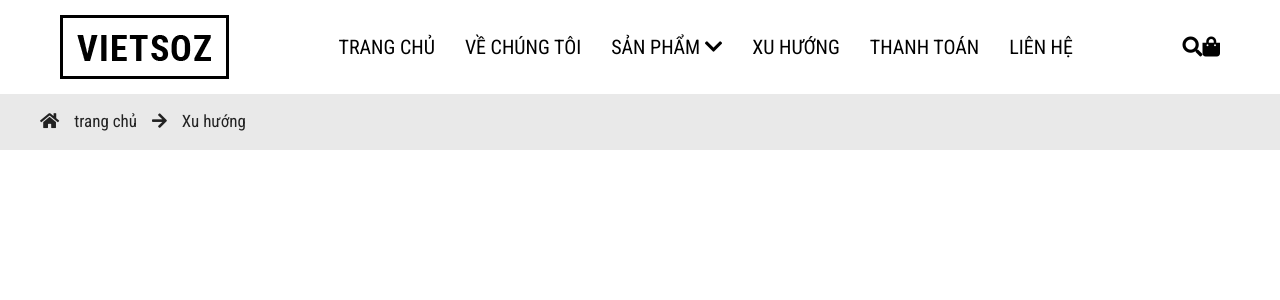
Repository: vinhtk0209/Vietsoz-reponsive
Page: index.html
The author's editor kept a copy of each file at every save. The page is drawn from the files as they stood at one save, then again after the next save.
The browser window is 1280 px wide. The pictures show the whole page.

Above is the page before, as saved 2021-10-23 17:14:22.

After the next save:
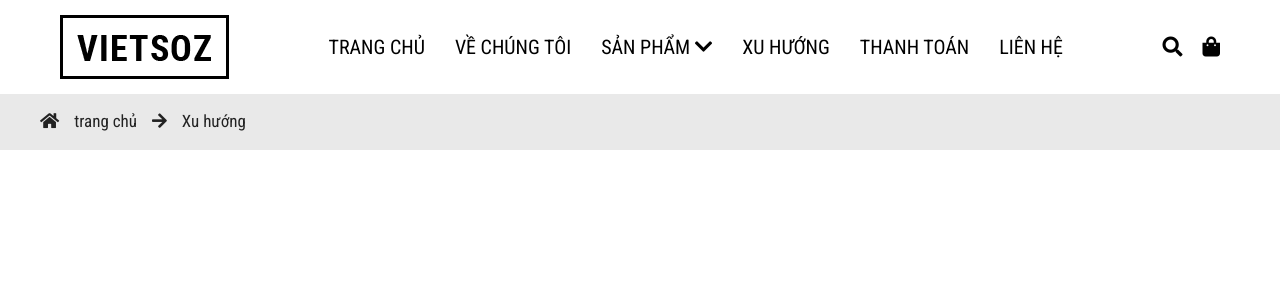
Saved 4 s later.
--- a/assets/css/main.css
+++ b/assets/css/main.css
@@ -49,7 +49,7 @@ h4 {
     color: #000000;
 
 }
-.wp-header-top ul.icon-menu li {
+.wp-header-top ul.icon-menu  {
     gap:0 20px;
 }
 .wp-header-top ul.icon-menu li a  {
